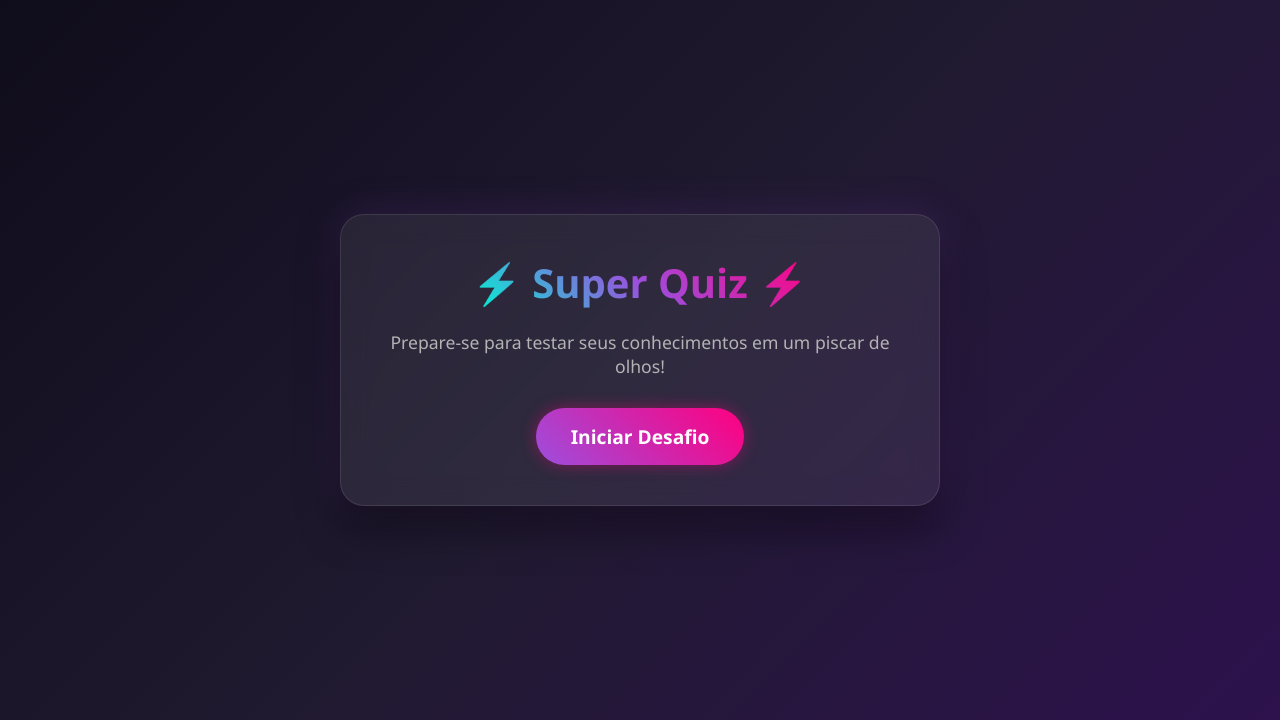
Repository: Sandro1969-tech/Quiz-desafio
Page: index.html
An editor plug-in stored every save of this project. The page is shown before and after the next save, followed by the edit.
The browser window is 1280 px wide. The pictures show the whole page.

Above is the page before, as saved 2026-06-12 17:07:29.

After the next save:
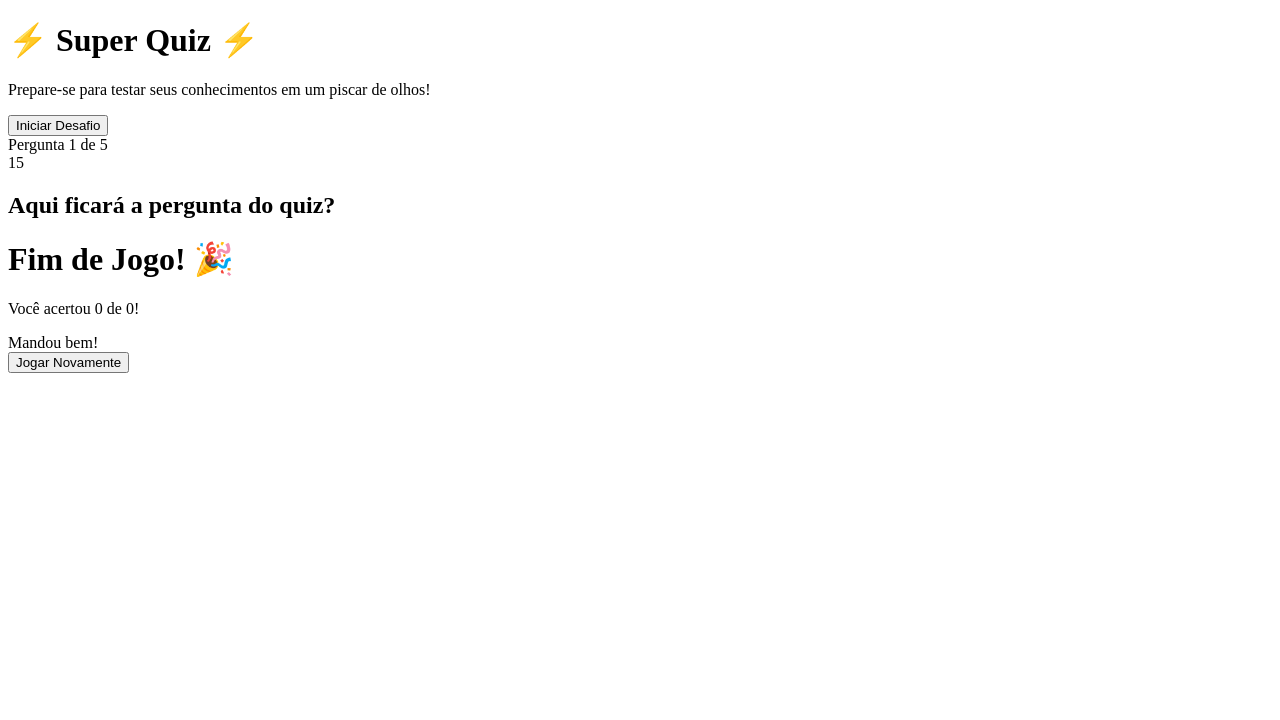
Saved 4 min 49 s later.
--- a/index.html
+++ b/index.html
@@ -4,7 +4,7 @@
     <meta charset="UTF-8">
     <meta name="viewport" content="width=device-width, initial-scale=1.0">
     <title>⚡ Super Quiz em Tempo Real ⚡</title>
-    <link rel="stylesheet" href="style.css">
+    <link rel="stylesheet" href="">
 </head>
 <body>
 

After the save that followed:
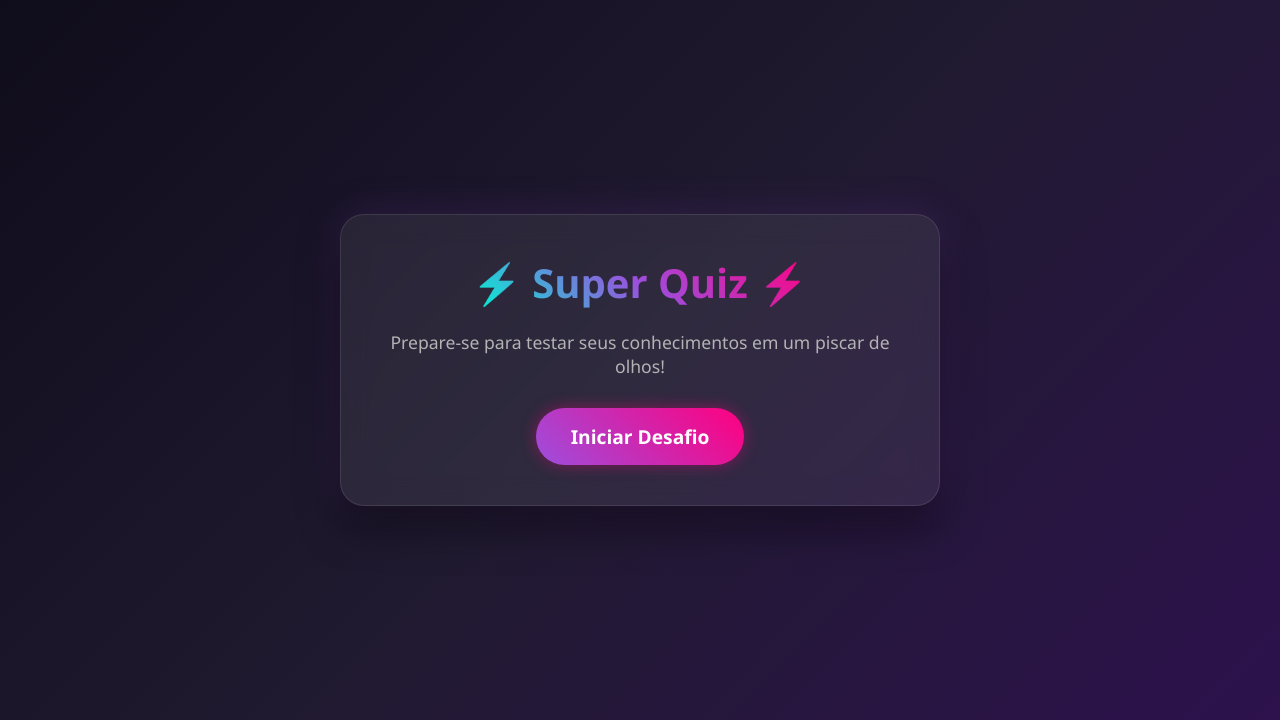
Saved 4 s later.
--- a/index.html
+++ b/index.html
@@ -4,7 +4,7 @@
     <meta charset="UTF-8">
     <meta name="viewport" content="width=device-width, initial-scale=1.0">
     <title>⚡ Super Quiz em Tempo Real ⚡</title>
-    <link rel="stylesheet" href="">
+    <link rel="stylesheet" href="style.css">
 </head>
 <body>
 
